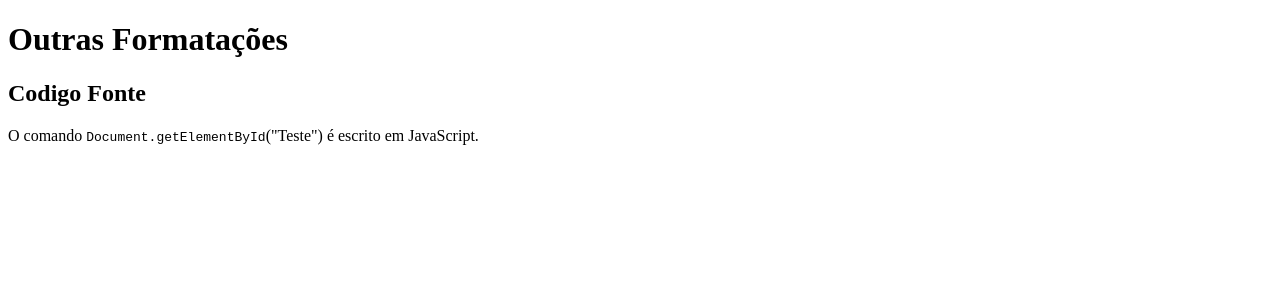
Repository: Guillermomarcon/exercicios
Page: ex009/index.html
An editor plug-in stored every save of this project. The page is shown before and after the next save, followed by the edit.
The browser window is 1280 px wide. The pictures show the whole page.

Above is the page before, as saved 2020-12-10 01:21:50.

After the next save:
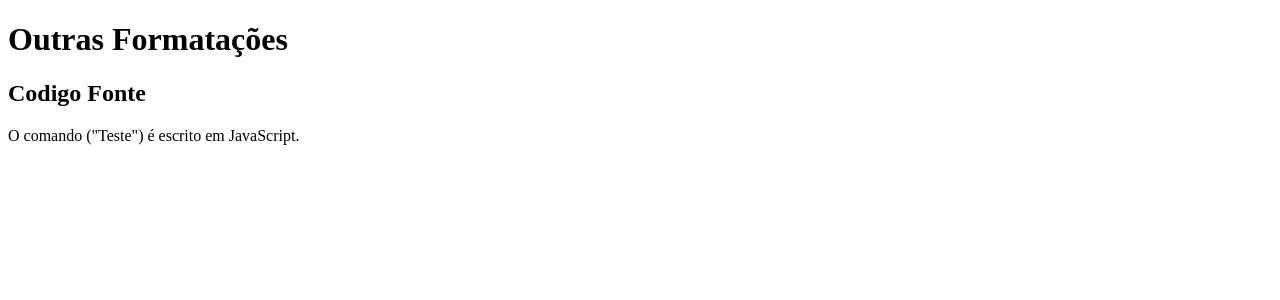
Saved 23 s later.
--- a/ex009/index.html
+++ b/ex009/index.html
@@ -8,7 +8,7 @@
 <body>
     <h1>Outras Formatações</h1>
     <h2>Codigo Fonte</h2>
-    <p>O comando <code>Document.getElementById</code>("Teste") é escrito em JavaScript.</p>
+    <p>O comando <Document.getElementById</code>("Teste") é escrito em JavaScript.</p>
 
 
 </body>
